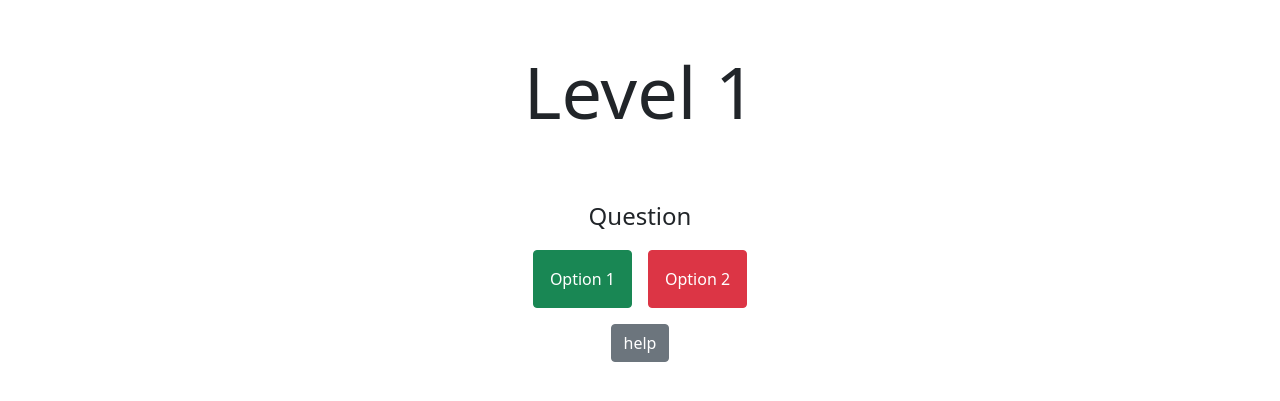
Repository: sreeramkongeseri/QuestionGame
Page: public/level1.html
An editor plug-in stored every save of this project. The page is shown before and after the next save, followed by the edit.
The browser window is 1280 px wide. The pictures show the whole page.
The page's requests for data from a server got no answer.

Above is the page before, as saved 2021-07-20 18:30:34.

### public/level1.html
<!DOCTYPE html>
<html lang="en">

<head>
  <meta charset="UTF-8" />
  <meta name="viewport" content="width=device-width, initial-scale=1.0" />
  <title>Level 1</title>

  <!-- Bootstrap -->
  <link href="https://cdn.jsdelivr.net/npm/bootstrap@5.0.2/dist/css/bootstrap.min.css" rel="stylesheet" integrity="sha384-EVSTQN3/azprG1Anm3QDgpJLIm9Nao0Yz1ztcQTwFspd3yD65VohhpuuCOmLASjC" crossorigin="anonymous">

  <!-- jQuery library -->
  <script src="https://ajax.googleapis.com/ajax/libs/jquery/3.5.1/jquery.min.js"></script>

  <!-- Bootstrap Javascript -->
  <script src="https://cdn.jsdelivr.net/npm/bootstrap@5.0.2/dist/js/bootstrap.bundle.min.js" integrity="sha384-MrcW6ZMFYlzcLA8Nl+NtUVF0sA7MsXsP1UyJoMp4YLEuNSfAP+JcXn/tWtIaxVXM" crossorigin="anonymous"></script>

  <!-- <link rel="stylesheet" href="main.css" /> -->

  <!-- Icons -->
  <link rel="stylesheet" href="https://use.fontawesome.com/releases/v5.7.0/css/all.css"
    integrity="sha384-lZN37f5QGtY3VHgisS14W3ExzMWZxybE1SJSEsQp9S+oqd12jhcu+A56Ebc1zFSJ" crossorigin="anonymous" />

  <!-- Script -->
  <script src="js/main.js"></script>

</head>


<body>



    <div class='d-flex justify-content-center p-5'>

        <div class='d-flex flex-column justify-content-center text-center'>


            <p class = 'display-2 mb-5'>Level 1</p>
            <p id = 'question' class='m-3 fs-4'>Question</p>

            <div class='d-flex justify-content-center'>
                <button class='btn btn-success rounded p-3 me-3 option'>Option 1</button>
                <button class='btn btn-danger rounded p-3 option'>Option 2</button>
            </div>


            <a id='next' href='level2.html' role='button' class='btn btn-primary align-self-center d-none' width=50px>continue</a>

            <!-- Button trigger modal -->
            <button type="button" class="btn btn-secondary align-self-center mt-3" data-bs-toggle="modal" data-bs-target="#exampleModal">
                help
            </button>

            <!-- Modal -->
            <div class="modal fade" id="exampleModal" tabindex="-1" aria-labelledby="exampleModalLabel" aria-hidden="true">
                <div class="modal-dialog">
                <div class="modal-content">
                    <div class="modal-header">
                    <h5 class="modal-title" id="exampleModalLabel">Help</h5>
                    <button type="button" class="btn-close" data-bs-dismiss="modal" aria-label="Close"></button>
                    </div>
                    <div class="modal-body">
                    Here's some help text.
                    </div>

                </div>
                </div>
            </div>


        </div>


    </div>

</body>

<script>
    fetch("http://localhost:3000/api/level1").then(response => response.json()).then(list =>
       update(list)
    );
</script>

### public/js/main.js
function update(list) {

    $('#question').text(list[0]);
    i = 0;
    $('.option').on('click', () => {
        if (i < list.length - 1) {
            i += 1;
            $('#question').text(list[i]);
        } else {
            $('#question').text("done!");
            $('#next').removeClass('d-none');
            $('.option').addClass('d-none');
        }
    });


}

After the next save:
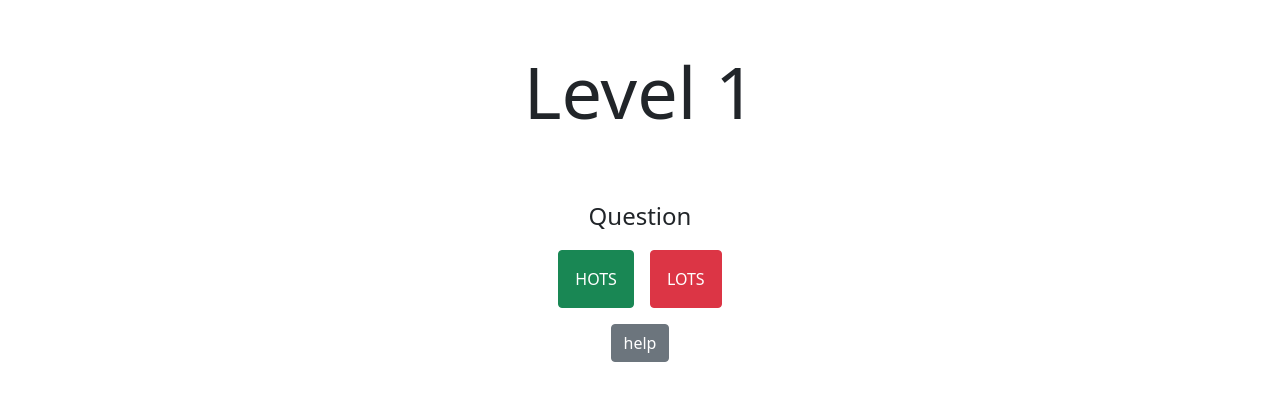
Saved 4 h 12 min later.
--- a/public/level1.html
+++ b/public/level1.html
@@ -40,8 +40,8 @@
             <p id = 'question' class='m-3 fs-4'>Question</p>
 
             <div class='d-flex justify-content-center'>
-                <button class='btn btn-success rounded p-3 me-3 option'>Option 1</button>
-                <button class='btn btn-danger rounded p-3 option'>Option 2</button>
+                <button class='btn btn-success rounded p-3 me-3 option'>HOTS</button>
+                <button class='btn btn-danger rounded p-3 option'>LOTS</button>
             </div>
 
 
